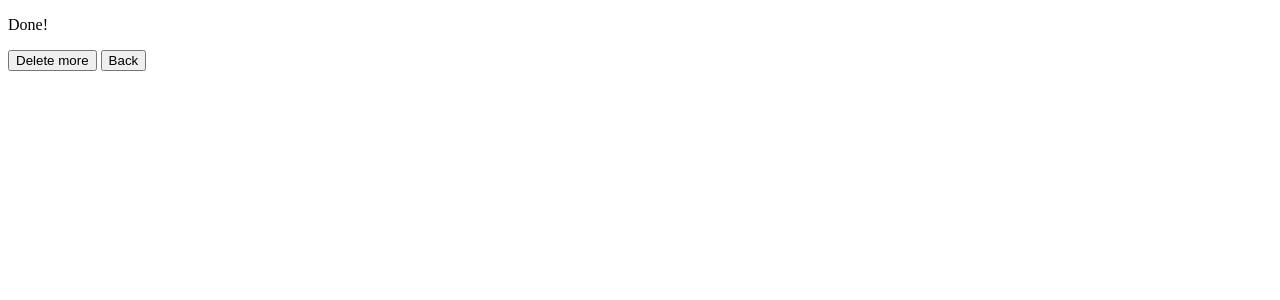
Repository: OleksandrDoskaliukKN313/IIC
Page: http://localhost/WebDictionary/deleteWord.jsp
An editor plug-in stored every save of this project. The page is shown before and after the next save, followed by the edit.
The browser window is 1280 px wide. The pictures show the whole page.
The page is served by Tomcat 9. Queries for data that is not in the repository find no rows.

Above is the page before, as saved 2020-10-12 10:32:36.

After the next save:
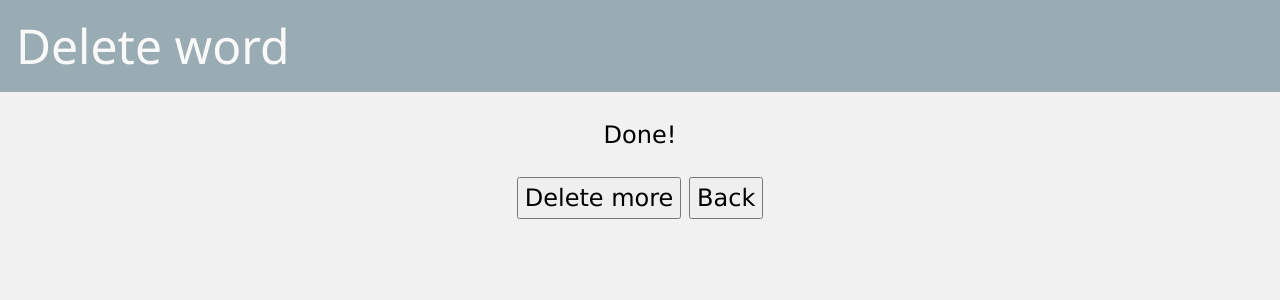
Saved 60 s later.
--- a/WebDictionary/WebContent/deleteWord.jsp
+++ b/WebDictionary/WebContent/deleteWord.jsp
@@ -6,8 +6,13 @@
 <head>
 <meta charset="ISO-8859-1">
 <title>Delete word JSP</title>
+<link rel="stylesheet" href="w3.css">
 </head>
-<body>
+<body class="w3-light-grey ">
+<div class="w3-container w3-blue-grey w3-opacity w3-left-align 	">
+        <h1 class = "w3-xxxlarge">Delete word</h1>
+    </div>
+<div class = "w3-xlarge w3-container w3-center">
 <%
 	String en = request.getParameter("en");
 	DatabaseFacade.getStatment().execute("delete from words.words where(en='"+ en + "');");
